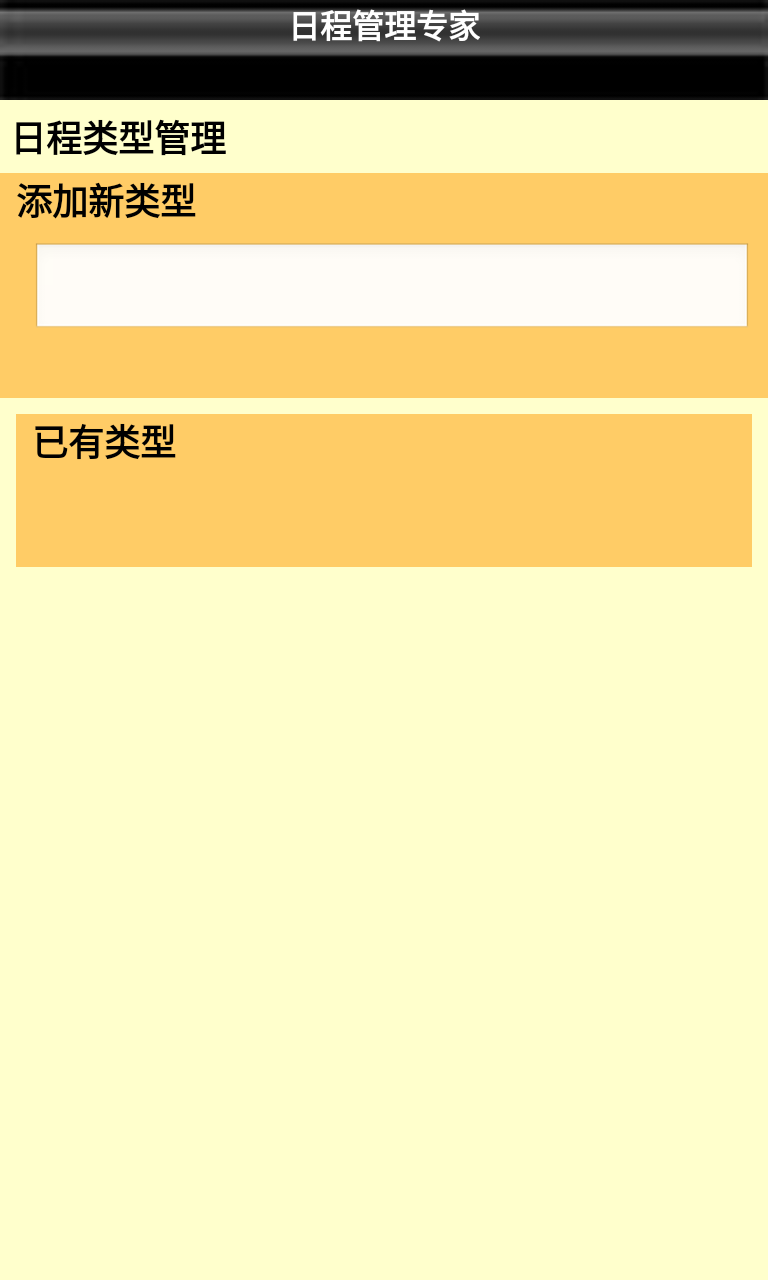
Repository: gogolaile/CoolWeather
Layout: DayDel/res/layout/add.xml
These files come from the project's save history. The layout is drawn as it stood at one moment and after the next save; the edit follows.
It is drawn on a 768 x 1280 px phone screen (xhdpi) without system bars, with theme android:Theme.NoTitleBar.Fullscreen; the app's code is not run. Lists and similar views that code fills are empty.

Above is the layout before, as saved 2015-12-05 10:01:36.

After the next save:
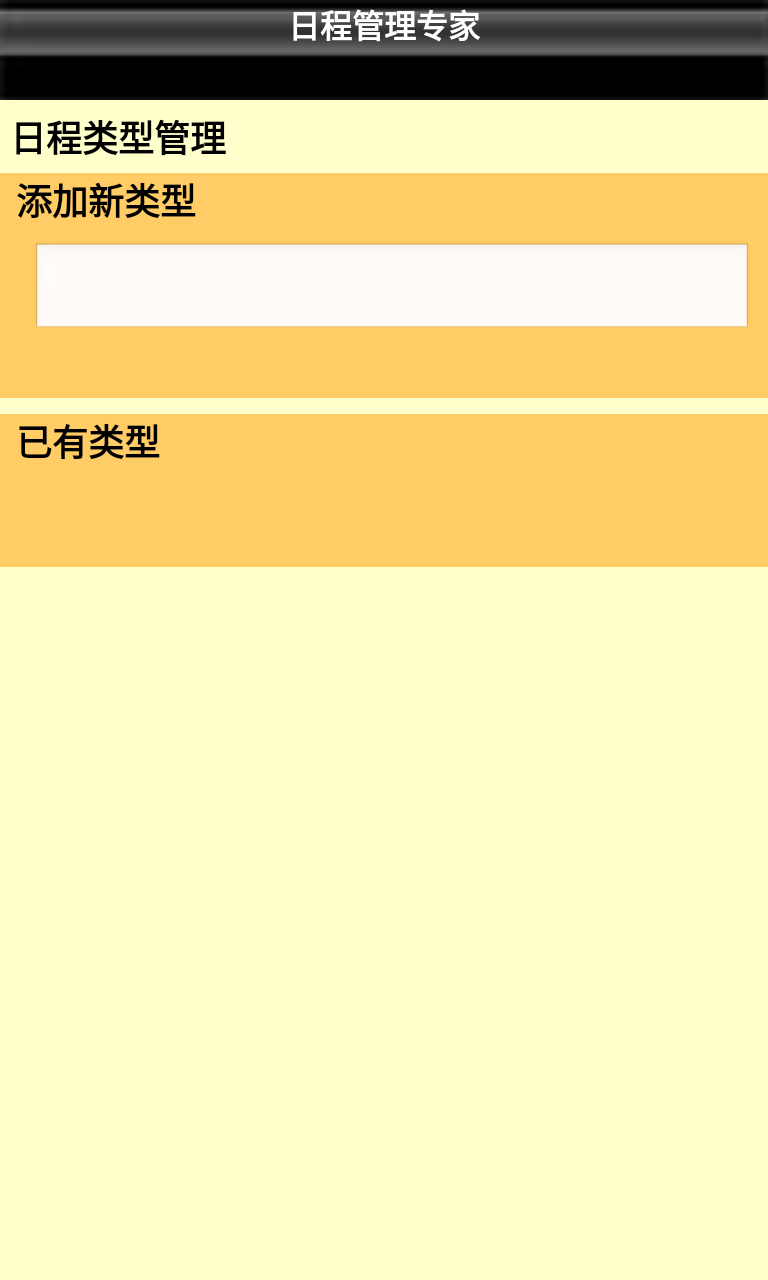
Saved 2 min 0 s later.
--- a/DayDel/res/layout/add.xml
+++ b/DayDel/res/layout/add.xml
@@ -70,9 +70,7 @@
           android:layout_height="wrap_content"
           android:orientation="vertical"
           android:background="#FFCC66"
-          android:layout_marginTop="8dp"
-          android:layout_marginLeft="8dp"
-          android:layout_marginRight="8dp">
+          android:layout_marginTop="8dp">
           <TextView
            android:layout_width="wrap_content"
            android:layout_height="wrap_content"
